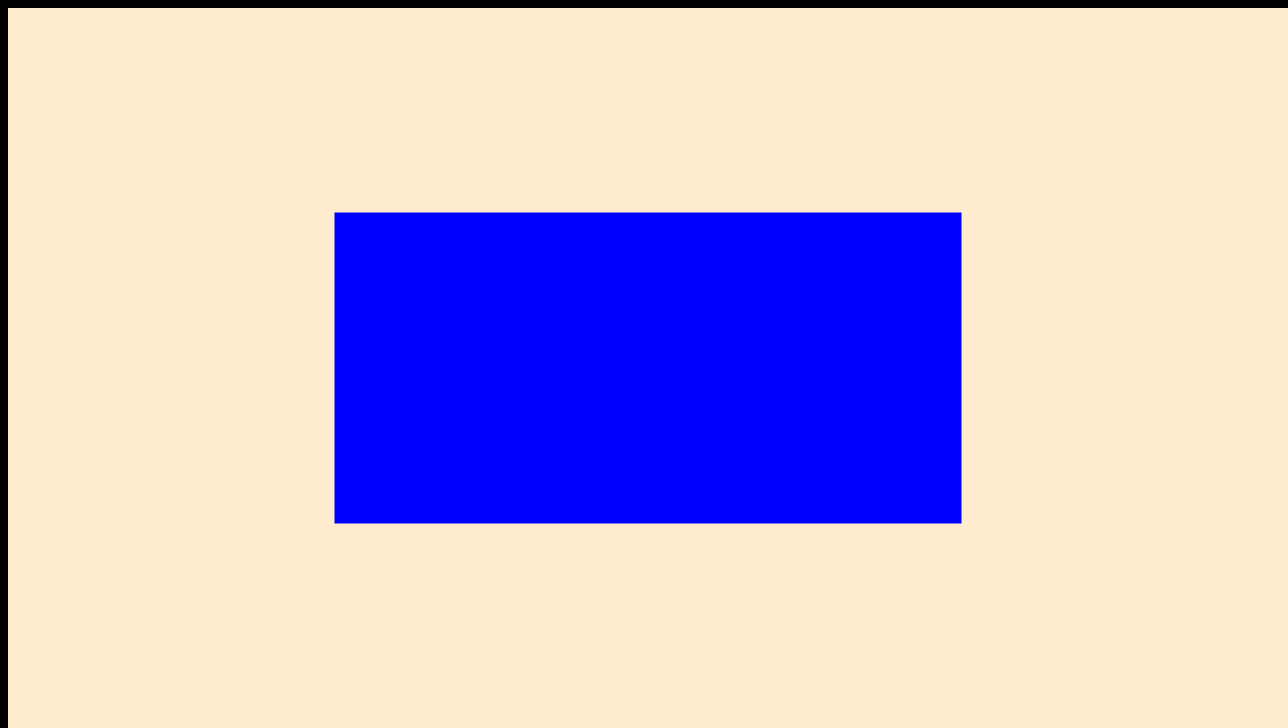
Repository: DorivalJunior14/Projeto-social
Page: index.html
An editor plug-in stored every save of this project. The page is shown before and after a run of saves, followed by the edit.
The browser window is 1280 px wide. The page is 1288 px wide, so the pictures cover 1288 px, including what lies to the right of the window. The pictures show the whole page.

Above is the page before, as saved 2022-06-24 12:37:07.

After the next 2 saves:
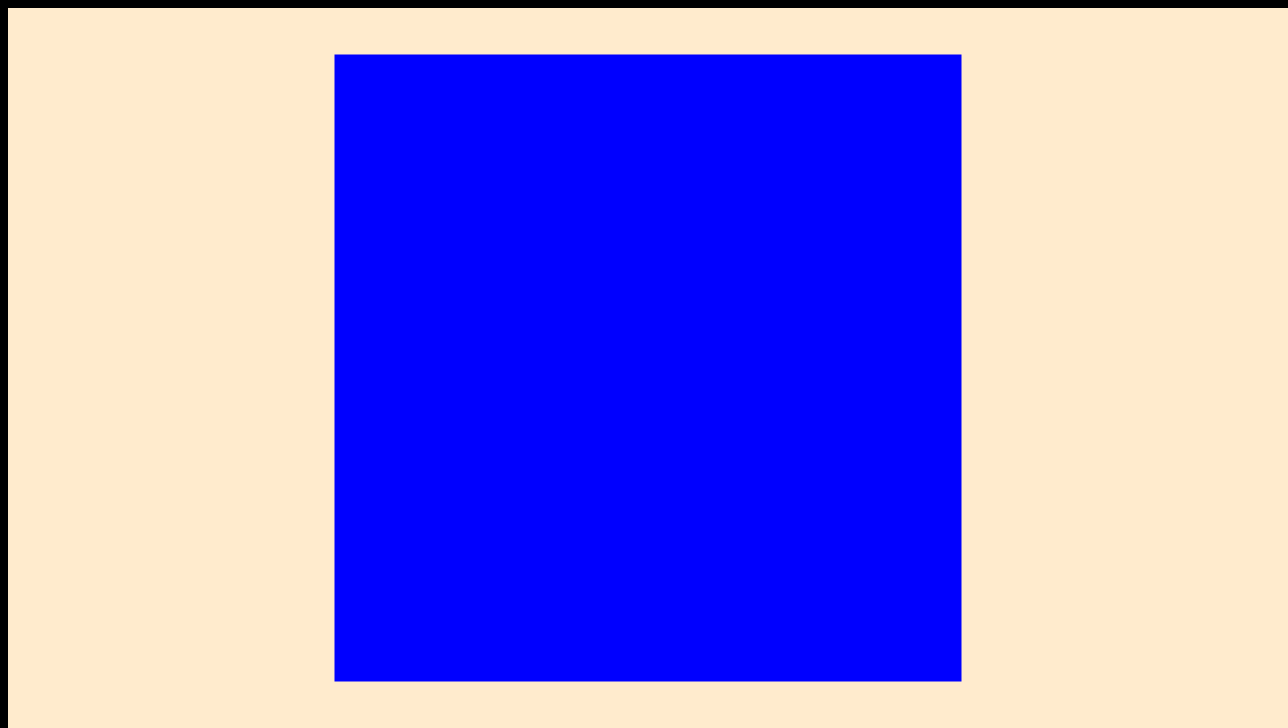
The 2 saves are shown as one change because they came seconds apart.
The last was saved 33 s later.
--- a/estilos/style.css
+++ b/estilos/style.css
@@ -24,7 +24,7 @@ section#telefone {
     top: 50%;
     left: 50%;
     transform: translate(-50%,-50%);
-    height: 311px;
+    height: 627px;
     width: 627px;
     background-color: blue;
     background: url(".../'imagens/frame-iphone.png');
